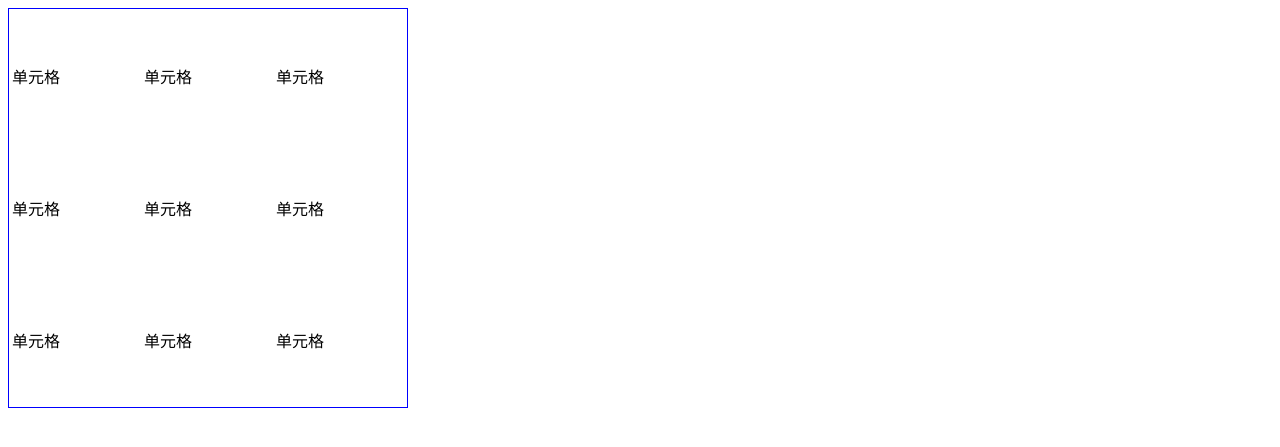
Repository: yuanliumaker/html-css-js
Page: css/表格属性.html
These files come from the project's save history. The page is drawn as it stood at one moment and after the next save; the edit follows.
The browser window is 1280 px wide. The pictures show the whole page.

Above is the page before, as saved 2025-08-31 15:32:43.

After the next save:
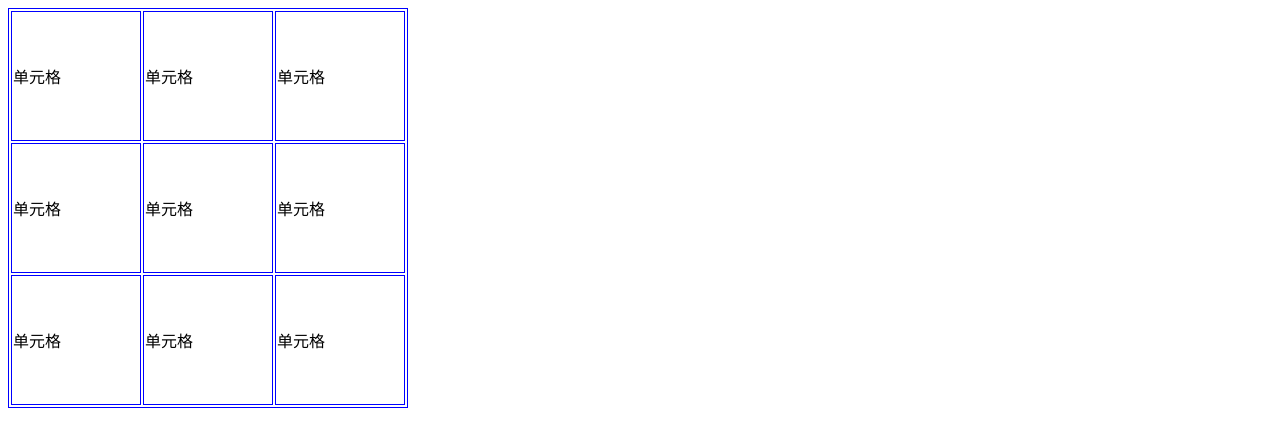
Saved 14 s later.
--- a/css/表格属性.html
+++ b/css/表格属性.html
@@ -12,7 +12,7 @@
             border:1px solid blue;
         }
         td{
-            border:1px solie blue
+            border:1px solid blue
         }
     </style>
 </head>
